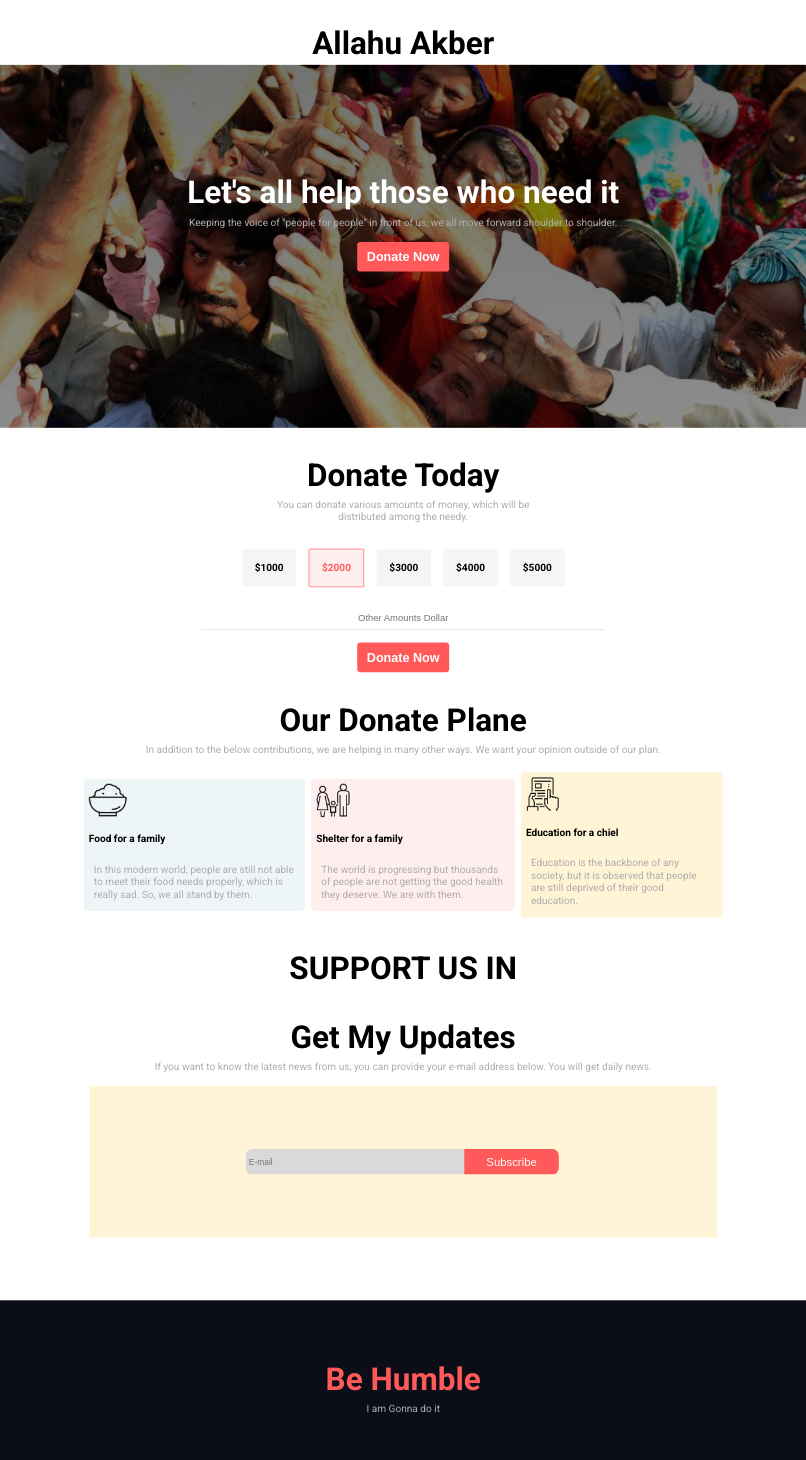
Repository: zjria/suppert-the-helpness
Page: index.html
The author's editor kept a copy of each file at every save. The page is drawn from the files as they stood at one save, then again after the next save.
The browser window is 1280 px wide. The pictures show the whole page, at 63% of full size.

Above is the page before, as saved 2022-08-27 08:52:33.

### index.html
<!DOCTYPE html>
<html lang="en">

<head>
    <meta charset="UTF-8">
    <meta http-equiv="X-UA-Compatible" content="IE=edge">
    <meta name="viewport" content="width=device-width, initial-scale=1.0">
    <title>Support the helpless</title>
    <!-- Google Fonts -->
    <link rel="preconnect" href="https://fonts.googleapis.com">
    <link rel="preconnect" href="https://fonts.gstatic.com" crossorigin>
    <link href="https://fonts.googleapis.com/css2?family=Roboto:wght@100;300;400;500;700;900&display=swap"
        rel="stylesheet">
    <!-- Custom CSS -->
    <link rel="stylesheet" href="style.css">
</head>

<body>
    <h1>Allahu Akber</h1>
    <!-- Header Section -->
    <section class="header_section">
        <div class="header-text">
            <h1>Let's all help those who need it</h1>
            <p>Keeping the voice of "people for people" in front of us, we all move forward shoulder to shoulder.</p>
            <button class="button-style">Donate Now</button>
        </div>
    </section>
    <!-- Donate today Section -->
    <section class="donate-today">
        <h1>Donate Today</h1>
        <p>You can donate various amounts of money, which will be <br> distributed among the needy.</p>
        <div class="amounts">
            <div class="dollar">$1000</div>
            <div class="dollar" id="second">$2000</div>
            <div class="dollar">$3000</div>
            <div class="dollar">$4000</div>
            <div class="dollar">$5000</div>
        </div>
        <div class="input-field">
            <input type="text" placeholder="Other Amounts Dollar">
            <div class="line-style">
            </div>
            <button class="button-style">Donate Now</button>
        </div>
    </section>
    <!-- Our Donate Plane Section -->
    <section class="donate-lane">
        <h1>Our Donate Plane</h1>
        <p>In addition to the below contributions, we are helping in many other ways. We want your opinion outside of
            our plan.</p>

        <div class="our-plan">
            <div class="plane" id="plane-one">
                <img src="images/food.png" alt="">
                <h4>Food for a family</h4>
                <p>In this modern world, people are still not able to meet their food needs properly, which is really
                    sad. So, we all stand by them.
                </p>
            </div>
            <div class="plane" id="plane-tow">
                <img src="images/shelter.png" alt="">
                <h4>Shelter for a family</h4>
                <p>The world is progressing but thousands of people are not getting the good health they deserve. We are
                    with them.
                </p>
            </div>
            <div class="plane" id="plane-three">
                <img src="images/Frame-1.png" alt="">
                <h4>Education for a chiel</h4>
                <p>Education is the backbone of any society, but it is observed that people are still deprived of their
                    good education.
                </p>
            </div>
        </div>

    </section>

    <!-- SUPPORT US IN -->
    <section class="support">
        <h1>SUPPORT US IN</h1>

    </section>

    <!-- Get my updates -->
    <section class="updates">
        <h1>Get My Updates</h1>
        <p>If you want to know the latest news from us, you can provide your e-mail address below. You will get daily
            news.</p>
        <div class="color">
            <form class="box">
                <input class="input-email" type="email" id="email" pattern=".+@globex\.com" size="30" required
                    placeholder="E-mail">
                <input class="input-submit" type="submit" name="" value="Subscribe">
            </form>
        </div>
    </section>
    <!-- Footer Section -->
    <section class="footer">
        <div class="footer-style">
            <h1>Be Humble</h1>
            <p>I am Gonna do it</p>
        </div>
    </section>
</body>

</html>

### style.css
body {
    font-family: 'Roboto', sans-serif;
    margin: 0%;
    padding: 0%;
}

/* Header Section */
.header_section {
    background-image: linear-gradient(rgb(0, 0, 0, 0.55), rgb(0, 0, 0, 0.45)), url(images/header.jpg);
    background-position: center;
    background-size: cover;
    width: 100%;
    height: 80vh;
    color: white;
}

.header-text {
    margin: auto;
    justify-content: center;
    align-items: center;
    padding-top: 10%;
}

h1 {
    font-size: 50px;
    padding: 5px;
    margin-bottom: 1px;
    text-align: center;

}

p {
    font-size: 16px;
    padding: 2px;
    margin: 0px 0px 20px 0px;
    font: bolder;
    text-align: center;
    color: #aeaeae;
}

.button-style {
    font-size: 20px;
    padding: 12px 15px;
    background-color: #ff5959;
    color: white;
    border-radius: 5px;
    border: none;
    font-weight: 700;
    text-align: center;
    align-items: center;
    justify-content: center;
    margin: 0 auto;
    display: flex;
}


/* donate-today */
.amounts {
    display: flex;
    margin: auto;
    align-items: center;
    text-align: center;
    justify-content: center;
}

.dollar {
    padding: 20px;
    background: rgb(247, 244, 244);
    margin: 20px 10px 30px 10px;
    border-radius: 2px;
    font-weight: bold;
}

.dollar#second {
    border: 1px solid #ff5959;
    background: #ffeeee;
    transition: none;
    transform: none;
    color: #ff5959;
    font-weight: bold;
}

.input-field input {
    text-align: center;
    align-items: center;
    margin: 0 auto;
    display: flex;
    border: 0;
    padding: 10px 15px;
    width: 50%;
    font-size: 15px;
}

.input-field .line-style {
    width: 50%;
    text-align: center;
    align-items: center;
    margin: 0 auto;
    content: '';
    background-color: #dadada;
    color: #dadada;
    height: 1px;
    margin-bottom: 20px;
}

.our-plan {
    display: flex;
    width: 80%;
    text-align: center;
    justify-content: center;
    margin: 0 auto;
    align-items: center;

}

.plane,
.plane p {
    margin: 5px;
    text-align: start;
    padding: 8px;
    border-radius: 5px;
}

.plane p {
    margin: 0px;
    line-height: 20px;
}

.plane#plane-one {
    background-color: #edf5f6;
}

.plane#plane-tow {
    background-color: #ffeeee;
}

.plane#plane-three {
    background-color: #fff4d6;
}

.updates {
    margin: 20px 0px;
}

/* Get my updates */
.color {
    background-color: #fff4d6;
    width: 70%;
    padding: 50px;
    text-align: center;
    justify-content: center;
    align-items: center;
    margin: 0 auto;
    box-sizing: content-box;
}

.box {
    display: flex;
    text-align: center;
    justify-content: center;
    align-items: center;
    margin: 0 auto;
    padding: 50px;
}

.input-email {
    background: #fff;
    width: 340px;
    height: 30px;
    border: none;
    outline: none;
    padding: 5px;
    border-radius: 10px 0px 0px 10px;
    background-color: #d9d9d9;
}

.input-submit {
    position: relative;
    width: 150px;
    height: 40px;
    border: none;
    outline: none;
    padding: 5px;
    border-radius: 0px 10px 10px 0px;
    cursor: pointer;
    background-color: #ff5959;
    left: -3px;
    font-size: 18px;
    color: white;
}

/* Footer Section */
.footer-style {
    background-color: #0b0d17;
    margin: 100px 0px 0px 0px;
    padding: 50px 0px;
    color: white;
}

.footer-style h1 {
    color: #ff5959;

}

After the next save:
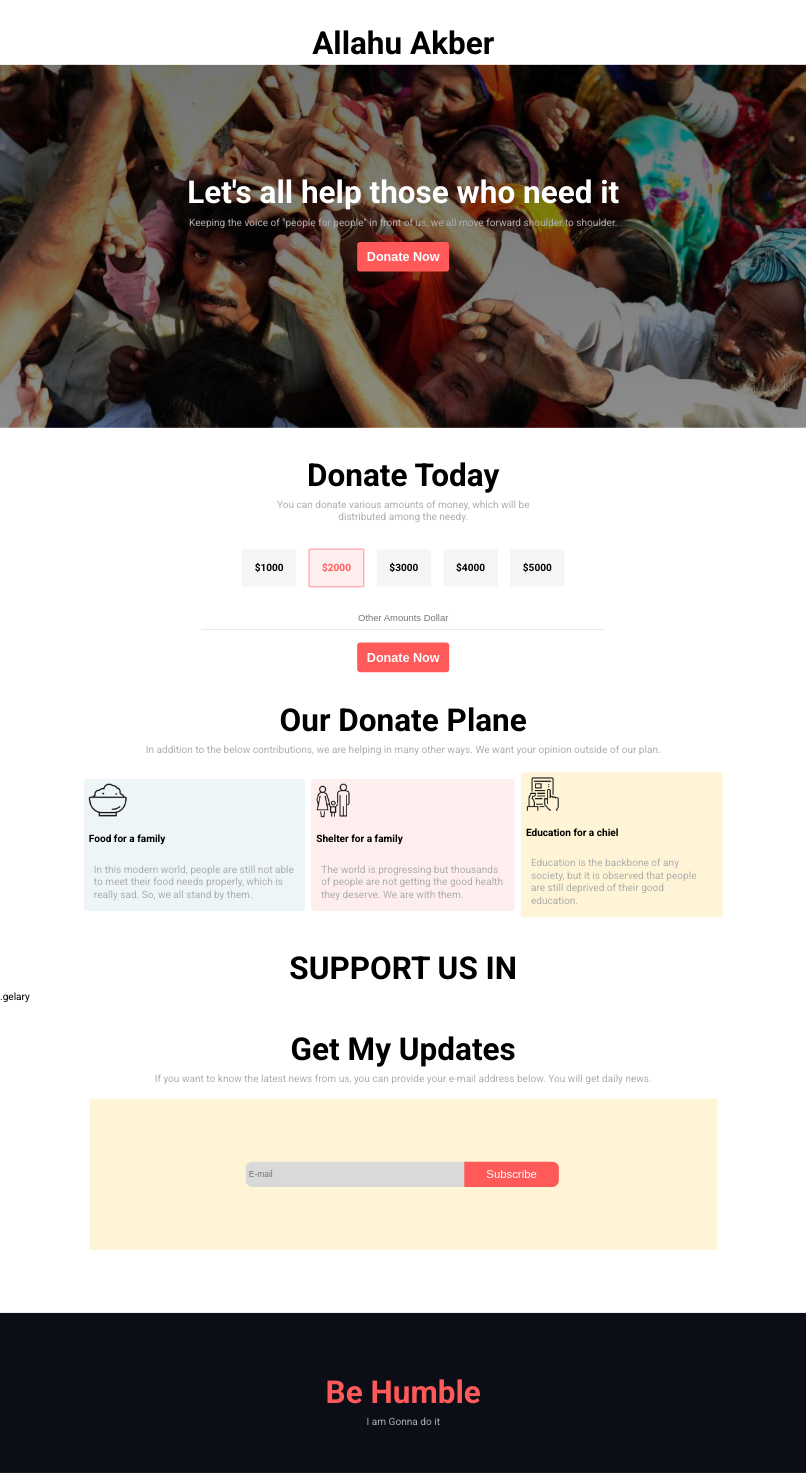
Saved 71 s later.
--- a/index.html
+++ b/index.html
@@ -78,7 +78,7 @@
     <!-- SUPPORT US IN -->
     <section class="support">
         <h1>SUPPORT US IN</h1>
-
+        .gelary
     </section>
 
     <!-- Get my updates -->
